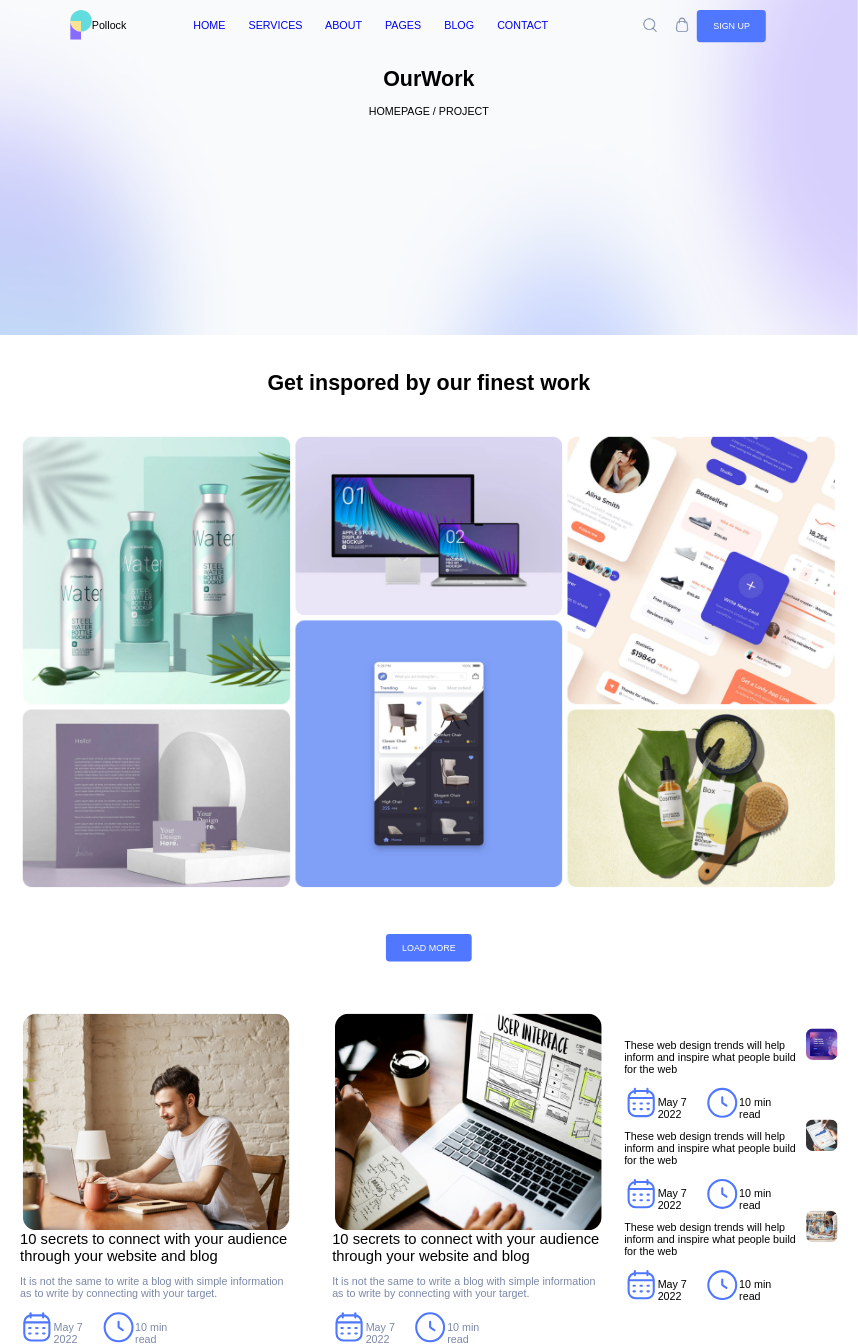
Repository: Nam936/exercises
Page: demo.html
An editor plug-in stored every save of this project. The page is shown before and after a run of saves, followed by the edit.
The browser window is 1280 px wide. The pictures show the whole page, at 67% of full size.

Above is the page before, as saved 2023-01-06 16:33:09.

### demo.html
<!DOCTYPE html>
<html lang="en">

<head>
  <meta charset="UTF-8">
  <meta http-equiv="X-UA-Compatible" content="IE=edge">
  <meta name="viewport" content="width=device-width, initial-scale=1.0">
  <title>Pollock</title>
  <link rel="stylesheet" href="style2.css">
</head>

<body>
  <div id="wrap">
    <div class="bg-header">
      <div class="container">
        <div class="header">
          <div class="menu-header">
            <div class="logo-header">
              <div class="img-logo">
                <img src="/img/Frame_header.png" alt="logo">
              </div>
              <p class="txt_header">Pollock</p>
            </div>
            <div class="header-midd">
              <a href="#">HOME</a>
              <a href="#">SERVICES</a>
              <a href="#">ABOUT</a>
              <a href="#">PAGES</a>
              <a href="#">BLOG</a>
              <a href="#">CONTACT</a>
            </div>
            <div class="header-right">
              <div class="icon-header">
                <img class="search" src="/img/Iconex/Search_header.png" alt="">
                <img class="cart" src="/img/Iconex/Bag_header.png" alt="">
              </div>
              <button>SIGN UP</button>
            </div>
          </div>
        </div>
        <div class="txt-ct">
          <h1>OurWork</h1>
          <p>HOMEPAGE / PROJECT</p>
        </div>
      </div>
    </div>

    <div class="main">
      <div class="header-main">
        <h1>Get inspored by our finest work</h1>
      </div>
      <div class="row">
        <div class="column">
          <img src="/img/main_img/1.png" alt="">
          <img src="/img/main_img/2.png" alt="">
        </div>
        <div class="column">
          <img src="/img/main_img/3.png" alt="">
          <img src="/img/main_img/4.png" alt="">
        </div>
        <div class="column">
          <img src="/img/main_img/5.png" alt="">
          <img src="/img/main_img/6.png" alt="">
        </div>
      </div>
      <div class="btn-main">
        <a href="#"><button>LOAD MORE</button></a>
      </div>
    </div>

    <!-- <div class="client">
      <div class="tit-client">
        <h2>What our clients are saying about us</h2>
        <p>Customer satisfaction is a primary goal for our company</p>
      </div>
      <div class="slide-container">
        <div class="slide">
          <div class="card">
            <div class="content">
              <div class="avatar">
                <img src="/img/avatar/avatar-1.svg" alt="">
              </div>
              <div class="title-card">
                <span>Monica Smith</span>
                <p>Brand & Co</p>
              </div>
              <div class="desc-card">
                <span>Amazing!!</span>
                <p>Overall experience is awesome!! I'm a visual thinker, and I couldn't function without a tool like
                  this.</p>
              </div>
            </div>
          </div>
          <div class="card">
            <div class="content">
              <div class="avatar">
                <img src="/img/avatar/avatar-2.svg" alt="">
              </div>
              <div class="title-card">
                <span>Monica Smith</span>
                <p>Brand & Co</p>
              </div>
              <div class="desc-card">
                <span>Amazing!!</span>
                <p>Overall experience is awesome!! I'm a visual thinker, and I couldn't function without a tool like
                  this.</p>
              </div>
            </div>
          </div>
          <div class="card">
            <div class="content">
              <div class="avatar">
                <img src="/img/avatar/avatar-3.svg" alt="">
              </div>
              <div class="title-card">
                <span>Monica Smith</span>
                <p>Brand & Co</p>
              </div>
              <div class="desc-card">
                <span>Amazing!!</span>
                <p>Overall experience is awesome!! I'm a visual thinker, and I couldn't function without a tool like
                  this.</p>
              </div>
            </div>
          </div>
        </div>
      </div>
    </div>

    <div class="recent-project-wrap">
      <div class="recent-container">
        <div class="recent-project">
          <div class="recent-title">
            <p>Recent projects</p>
          </div>
          <div class="btn-slide">
            <img src="/img/Iconex/Left.svg" alt="">
            <img src="/img/Iconex/Right.svg" alt="">
          </div>
        </div>
        <div class="card-row">
          <div class="card-column"><img src="/img/Img1.png" alt=""></div>
          <div class="card-column"><img src="/img/Img2.png" alt=""></div>
          <div class="card-column"><img src="/img/Img3.png" alt=""></div>
        </div>
      </div>
    </div> -->

    <div class="blog">
      <!-- <div class="blog-content">
        <div class="tit">
          <p>We will keep you up to date and give you tips to help you optimise your company</p>
        </div>
      </div> -->
      <div class="big-new">
        <div class="big-new-cont">
          <div class="big-content-1">
            <div class="big-img">
              <img src="/img/Rectangle 66.png" alt="">
            </div>
            <div class="blog-desc">
              <div class="blog-tit">
                <span class="tit-blog-tit">10 secrets to connect with your audience through your website and blog</span>
                <p>It is not the same to write a blog with simple information as to write by connecting with your
                  target.
                </p>
              </div>
              <div class="blog-date">
                <img src="/img/Iconex/Calendar.svg" alt="">
                <p>May 7 2022</p>
              </div>
              <div class="time">
                <img src="/img/Iconex/Time Circle.svg" alt="">
                <p>10 min read</p>
              </div>
            </div>
          </div>
          <div class="big-content-2">
            <div class="big-img">
              <img src="/img/Rectangle 66_2.png" alt="">
            </div>
            <div class="blog-desc">
              <div class="blog-tit">
                <span class="tit-blog-tit">10 secrets to connect with your audience through your website and blog</span>
                <p>It is not the same to write a blog with simple information as to write by connecting with your
                  target.
                </p>
              </div>
              <div class="blog-date">
                <img src="/img/Iconex/Calendar.svg" alt="">
                <p>May 7 2022</p>
              </div>
              <div class="time">
                <img src="/img/Iconex/Time Circle.svg" alt="">
                <p>10 min read</p>
              </div>
            </div>
          </div>
        </div>
      </div>


      <div class="blog-thumbnail">
        <div class="thumbnail">
          <div class="thumb">
            <p>These web design trends will help inform and inspire what people build for the web</p>
            <div class="day">
              <div class="blog-date">
                <img src="/img/Iconex/Calendar.svg" alt="">
                <p>May 7 2022</p>
              </div>
              <div class="time">
                <img src="/img/Iconex/Time Circle.svg" alt="">
                <p>10 min read</p>
              </div>
            </div>
          </div>
          <div class="thumb-img">
            <img src="/img/thumb1.png" alt="">
          </div>
        </div>
        <div class="thumbnail">
          <div class="thumb">
            <p>These web design trends will help inform and inspire what people build for the web</p>
            <div class="day">
              <div class="blog-date">
                <img src="/img/Iconex/Calendar.svg" alt="">
                <p>May 7 2022</p>
              </div>
              <div class="time">
                <img src="/img/Iconex/Time Circle.svg" alt="">
                <p>10 min read</p>
              </div>
            </div>
          </div>
          <div class="thumb-img">
            <img src="/img/thumb2.png" alt="">
          </div>
        </div>
        <div class="thumbnail">
          <div class="thumb">
            <p>These web design trends will help inform and inspire what people build for the web</p>
            <div class="day">
              <div class="blog-date">
                <img src="/img/Iconex/Calendar.svg" alt="">
                <p>May 7 2022</p>
              </div>
              <div class="time">
                <img src="/img/Iconex/Time Circle.svg" alt="">
                <p>10 min read</p>
              </div>
            </div>
          </div>
          <div class="thumb-img">
            <img src="/img/thumb3.png" alt="">
          </div>
        </div>
      </div>
    </div>
  </div>
</body>

</html>

### style2.css
* {
  box-sizing: border-box;
}

body {
  margin: 0;
  font-family: 'Outfit', sans-serif;
}

.bg-header {
  width: 100%;
  height: 500px;
  background-image: url(/img/Hero_background.png);
  background-size: 100% 100%;
}

.container {
  max-width: 1170px;
  margin: 0px auto;
  padding: 0px 15px;
  width: 100%;
}

/* .menu-header{
  overflow: hidden;
  padding: 20px 10px; */
/* }
.logo-header{
  float: left;
}
.logo-header{
  display: flex;
}
.logo-header img{
  max-width: 100%;
  float: left;
}
.img-logo{
  width: 32px;
  height: 44px;
  max-width: 100%;
}
.header-right{
  padding: 20px 10px;
}
.header-right a{
  float: left;
  display: block;
  text-align: center;
  padding: 14px 16px;
  text-decoration: none;
  font-size: 17px;
  /* padding: 12px;
  text-decoration: none;
  line-height: 20px;
  color: #7B88A8; */
}


/* .icon-header img {
  width: 24px;
  height: 24px;
}

.cart,.search{
  margin: 22px 20px;
}

button {
  display: inline;
  background-color: #4F77FF;
  border: 0px;
  border-radius: 5px;
  padding: 13px 24px;
  color: #fff;
}  */

/* @media screen and (max-width: 600px) {
  .menu-header a:not(:first-child) {display: none;}
  /* .menu-header a{
    float: right;
    display: block;
  }
}
*/
/* @media screen and (max-width: 500px) {
  .header a {
    float: none;
    display: block;
    text-align: left;
} */

/* .header-right {
    float: none;
} */

.header {
  display: flex;
}

.menu-header {
  display: flex;
  justify-content: space-around;
  align-items: center;
}

.menu-header img {
  width: 32px;
  height: 44px;
}

.logo-header{
  display: flex;
  align-items: center;
}



.txt-header {
  padding-left: 10px;
}

/* .lst-header ul {
  display: flex;
  list-style-type: none;
}

.lst-header ul li {
  margin: 22px 20px;
}

.lst-header a {
  text-decoration: none;
  color: #7B88A8;
}  */

.header-midd{
  padding: 30px 30px;
}
.header-midd a{
  text-decoration: none;
  margin-right: 30px;
}

.header-right{
  display: flex;
  width: 227px;
  height: 48px;
}
.icon-header{

}
.icon-header img {
  width: 50%;
  width: 24px;
  height: 24px;
}
.icon
.btn-header{

}
.cart,
.search {
  margin: 10px 10px;
}

button {
  background-color: #4F77FF;
  border: 0px;
  border-radius: 5px;
  padding: 13px 24px;
  color: #fff;
}

.txt-ct {
  text-align: center;
}
@media screen and (max-width: 600px) {
  .header-right img{
    display: none;
  }
}
@media screen and (max-width: 600px) {
  .menu-header a:not(:first-child) {display: none;}
  .menu-header a{
    float: right;
    display: block;
  }
}







/* main */
.header-main{
  text-align: center;
  padding: 32px;
}

.row{
/* display: -ms-flexbox; IE10 */
/* -ms-flex-wrap: wrap; IE10 */
  display: flex;
  flex-wrap: wrap;
  padding: 0 30px;
  justify-content: center;
}

/* Create four equal columns that sits next to each other */
.column {
  /* -ms-flex: 25%; IE10 */
  flex: 25%;
  max-width: 50%;
  padding: 0 4px;
}

.column img {
  margin-top: 8px;
  vertical-align: middle;
  width: 100%;
}



.btn-main{
  text-align: center;
  padding: 70px;
}
.btn-main a{
  text-decoration: none;
}


@media screen and (max-width: 800px) {
  .column {
    /* -ms-flex: 50%; */
    flex: 50%;
    max-width: 50%;
  }
}

/* Responsive layout - makes the two columns stack on top of each other instead of next to each other */
@media screen and (max-width: 600px) {
  .column {
    /* -ms-flex: 100%; */
    flex: 100%;
    max-width: 100%;
  }
}

/* slide-card */
.client{
  background-color: #F8FAFC;
}
.tit-client{
  text-align: center;
  padding: 120px 0px 95px;
}
.tit-client p{
  color: #7B88A8;
}
.slide-container{

}
.slide{
  display: flex;
  justify-content: center;
  gap: 30px;
}
.card{
  width: 350px;
  height: 350px;
  border: 1px solid rgba(79, 119, 255, 0.2) ;
  border-radius: 20px;
  margin-bottom: 105px;
}
.content{
  text-align: center;
  padding: 35px 35.09px 45px 35px;
}
.avatar{

}
.title-card span{
  font-size:22px;
}
.title-card p{
  color: #7B88A8;
  font-size: 16px;
}
.desc-card span{
  font-size: 18px;
}
.desc-card p{
  display: -webkit-box;
  -webkit-box-orient: vertical;
  -webkit-line-clamp: 3;
  overflow: hidden;
  color: #7B88A8;
  font-size: 16px;
  line-height: 1.5;
}

/* recent */

.recent-project-wrap{

}
.recent-container{
  max-width: 1170px;
  margin: 0px auto;
  padding: 0px 15px;
  width: 100%;
}
.recent-project{
  display: flex;
  align-items: center;
}
.recent-title{

}
.btn-slide{

}
.card-row{
  display: flex;
  flex-wrap: wrap;
  padding: 0 30px;
  justify-content: center;
}
.card-column{
  flex: 25%;
  max-width: 50%;
  padding: 0 4px;
}
.card-column img{
  margin-top: 8px;
  /* vertical-align: middle; */
  width: 100%;
}


/* blog */

.blog{

  display: flex;
}
/* .blog-content{

}
.tit{

} */
.big-new{

}
.big-new-cont{
  display: flex;
  gap: 30px;
}
.big-content-1{
  padding: 0 30px;

}
.big-img{
  max-width: 100%;
  padding: 0 4px;
}
.big-img img{
  margin-top: 8px;
  vertical-align: middle;
  width: 100%;
  border-radius: 20px;
}
.blog-desc{
  display: flex;
  flex-wrap: wrap;
}
.blog-desc p{
  color: #7B88A8;
}
.blog-titp{

}
.tit-blog-tit{
  font-size: 22px;
}
.blog-date{
  display: flex;
  margin-right: 20px;
}
.time{
  display: flex;
}
.big-content-2{

}

.blog-thumbnail{
  display: flex;
  flex-direction: column;
  padding: 30px 30px;
}
.thumbnail{
  display: flex;
}
.thumb{
  display: -webkit-box;
    -webkit-box-orient: vertical;
    -webkit-line-clamp: 3;
    overflow: hidden;
}

.day{
  display: flex;
}
.thumb-img{
  width: 100px;
  height: 100px;
}
.thumb-img img{
  max-width: 100%;
  border-radius: 10px;
}
























/* html,
body {
  font-size: 16px;
  color: hsl(60, 58%, 0%);
}
body {
  padding: 20px;
  background-color: rgb(99, 232, 203);
}
h1 {
  font-size: 2rem;
  text-align: center;
}
.buttons {
  display: flex;
  flex-wrap: wrap;
  gap: 10px;
  margin: 40px 0;
}
button {
  padding: 10px;
  border-radius: 5px;
  border: 2px solid hsl(60, 58%, 17%);
  background-color: navajowhite;
}
.grid {
  display: grid;
  grid-template-columns: repeat(auto-fit, minmax(10rem, 1fr));
  grid-auto-rows: 10rem;
  grid-gap: 20px;
  margin: 40px 0;
}
.grid__item {
  background-color: hsl(40, 58%, 17%);
  border-radius: 5px;
}
.grid__item:nth-child(1),
.grid__item:nth-child(4) {
  background-color: hsl(10, 58%, 17%);
}
.grid__item:nth-child(2),
.grid__item:nth-child(6) {
  background-color: hsl(150, 58%, 17%);
}
.grid__item:nth-child(3),
.grid__item:nth-child(7) {
  background-color: hsl(200, 58%, 17%);
}
.grid__item:nth-child(4),
.grid__item:nth-child(8) {
  background-color: hsl(305, 58%, 17%);
} */
/* transition styles that would be animated */
/* .toggle-column {
  grid-template-columns: repeat(auto-fit, minmax(16rem, 1fr));
}
.toggle-row {
  grid-auto-rows: 16rem;
}
.toggle-gap {
  grid-gap: 40px;
} */

After the next 2 saves:
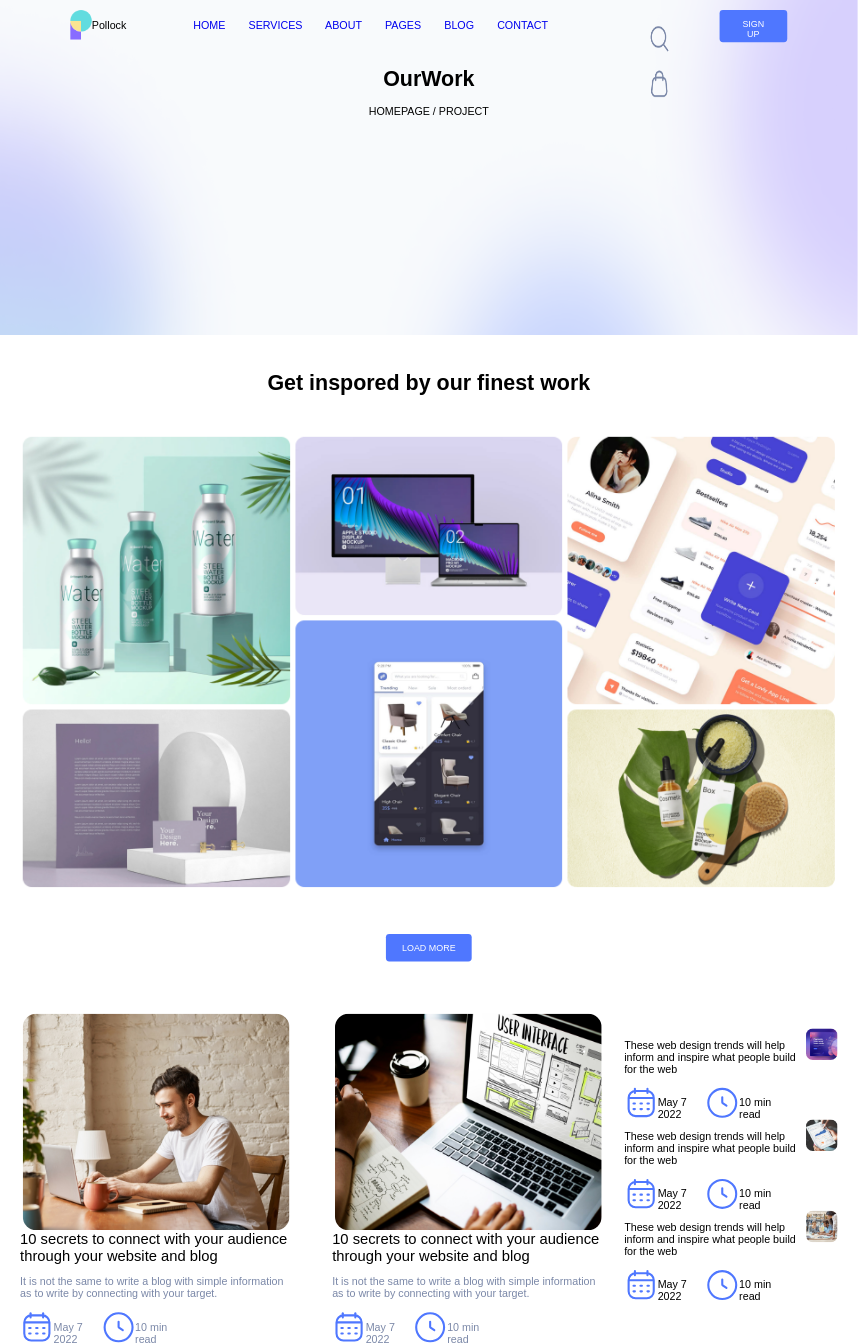
The 2 saves are shown as one change because they came seconds apart.
The last was saved 67 s later.
--- a/demo.html
+++ b/demo.html
@@ -30,7 +30,7 @@
               <a href="#">CONTACT</a>
             </div>
             <div class="header-right">
-              <div class="icon-header">
+              <div class="search">
                 <img class="search" src="/img/Iconex/Search_header.png" alt="">
                 <img class="cart" src="/img/Iconex/Bag_header.png" alt="">
               </div>
